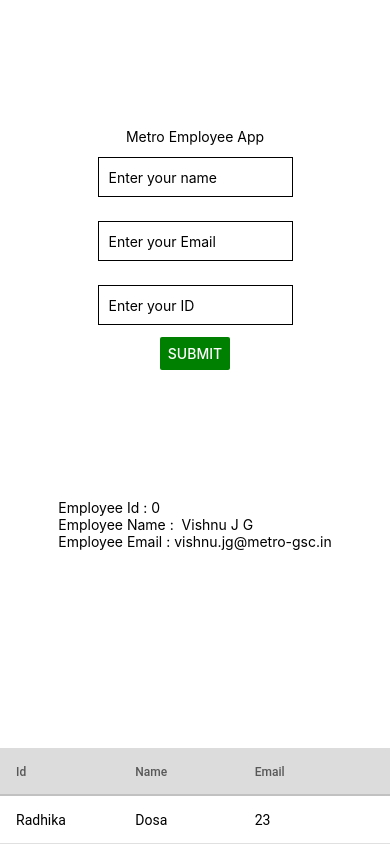
Repository: VishnuJG/Metro-Employee-App
Screen: /
These files come from the project's save history. The screen is drawn as it stood at one moment and after a run of saves; the edit follows.
The app was drawn by React Native's web renderer in a window 390 px wide. The project was rebuilt for these pictures with package versions that can differ from the ones it lists, and the page was loaded fresh each time. Also part of the build but not shown: components/Table.js.

Above is the screen before, as saved 2022-06-28 14:49:36.

After the next 2 saves:
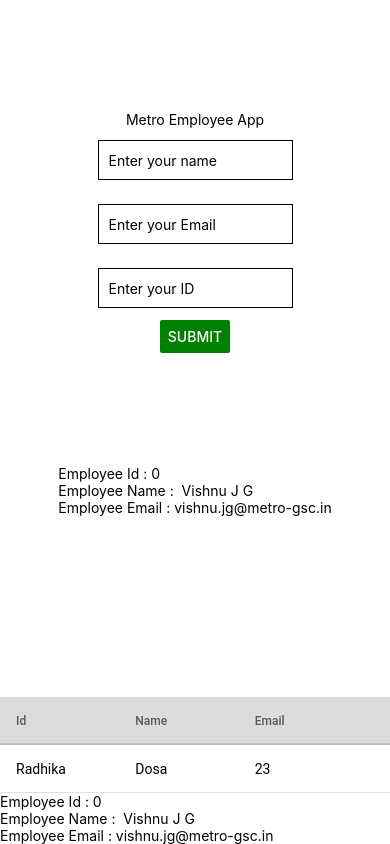
The 2 saves are shown as one change because they came seconds apart.
The last was saved 12 s later.
--- a/App.js
+++ b/App.js
@@ -81,7 +81,7 @@ export default function App() {
             <DataTable.Cell>Dosa</DataTable.Cell>
             <DataTable.Cell>23</DataTable.Cell>
           </DataTable.Row>
-
+          {emp.map((newid)=>(<Task key={newid.id} ename={newid.name} eid={newid.id} eemail={newid.email}/>))}
         </DataTable>
     </View>
   );
